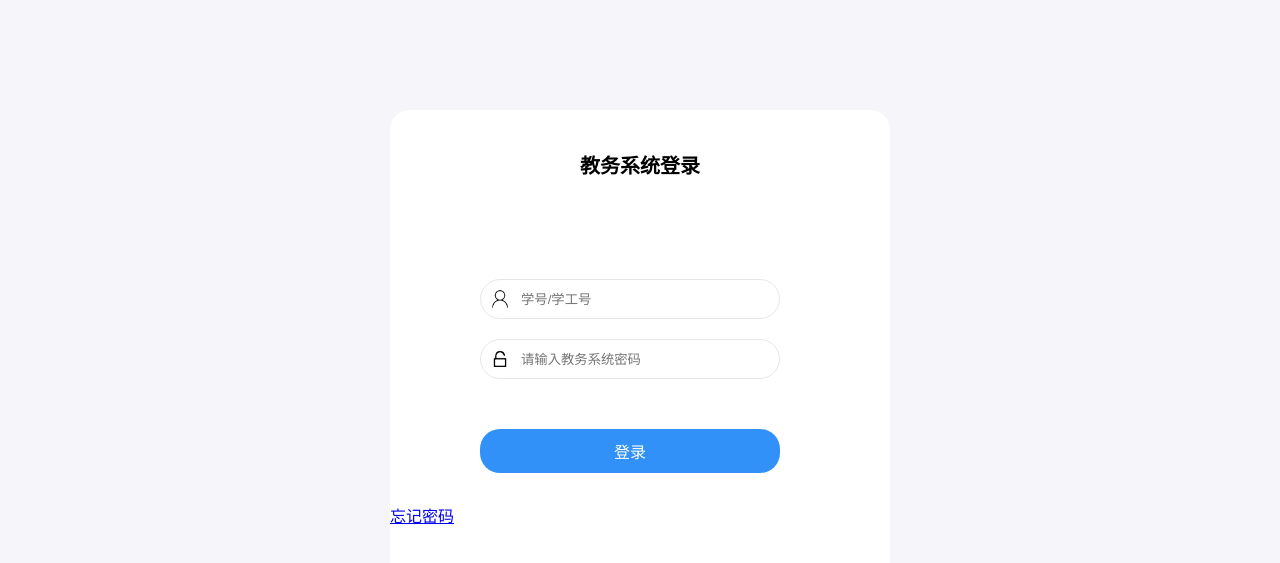
Repository: yangziteng/System
Page: / (app in myreact/)
These files come from the project's save history. The page is drawn as it stood at one moment and after the next save; the edit follows.
The browser window is 1280 px wide. The pictures show the whole page.
The project was rebuilt for these pictures with package versions that can differ from the ones it lists, and the page was loaded fresh each time. Also part of the build but not shown: myreact/vite.config.js, myreact/src/App.css, myreact/src/App.jsx, myreact/src/log.jsx.

Above is the page before, as saved 2022-07-08 15:01:13.

### myreact/src/main.jsx
import React from 'react'
import ReactDOM from 'react-dom/client'
import App from './App'
import LOG from './log'
import './index.css'
import Login from "./pages/Login/Login"
const p = {name:"杨",age:12}
ReactDOM.createRoot(document.getElementById('root')).render(
  <React.StrictMode>
    {/* //解构赋值 语法 */}

    <Login/>


  </React.StrictMode>
)

### myreact/src/pages/Login/Login.jsx
import { useState } from 'react'
import { Component } from 'react'
import "./Login.css"
import img2 from "./images/p.png"
import img from "./images/a.png" //引入图片
class Login extends Component {
    constructor() {
        super()
    }
    render() {
        return (
            <div className='bgc'>
                <div className='model'>
                    <div className='model-head'>教务系统登录</div>
                    <div className='model-body'>
                        <div className='username'>
                            <input type="text" placeholder='学号/学工号' className='model-body-input' >
                            </input>
                            <img className='img' src={img} alt="" />
                        </div>
                        <div className='pwd'>
                            <input type="password" placeholder='请输入教务系统密码' className='model-body-input' >
                            </input>
                            <img className='img' src={img2} alt="" />
                        </div>
                        <div className='model-end'>
                            登录
                        </div>
                    </div>
                    <div className='end'>
                        <a href="https://jwxt.gdupt.edu.cn/index.jsp">忘记密码</a>
                    </div>
                </div>
            </div>
        )
    }
}
export default Login

### myreact/src/pages/Login/Login.css

.bgc{
    background-color: rgba(245,245,250);
    width: 100vw;
    height: 100vh;
    display:flex;
    align-items: center;
}
.model{
    width: 500px;
    height: 500px;
    background-color: white;
    border-radius: 20px;
    margin:0 auto;
    position: relative;
}
.model-head{
    text-align: center;
    margin-top:40px;
    font-size: 20px;
    font-weight: 800;
}
.model-body{

    margin-top:100px;

}
.username{
    display: flex;
    justify-content: center;
    align-items: center;
    position: relative;

}
.pwd{
    display: flex;
    justify-content: center;
    align-items: center;
    position: relative;
    margin-top:20px
}
.model-body-input{
    width: 300px;
    height: 40px;
    outline: none;
    border-radius: 20px;
    padding-left:40px ;
    box-sizing: border-box;
    border:1px solid #e7e7e7
}

.img{
    width: 20px;
    height: 20px;
    position: relative;
    right: 290px;
    /* right:290px */
}
.model-end{
    width: 300px;
    background-color: rgba(50,145,248);
    /* letter-spacing: 40px; */
    border-radius: 20px;
    padding: 10px 0px;
    text-align: center;
    color:white;
    margin:0 auto;
    position: relative;
    right:10px;
    margin-top:50px;
}
.end{
    margin-top:30px
}

Loaded but not shown: myreact/index.html (common file); myreact/src/index.css (common file)

After the next save:
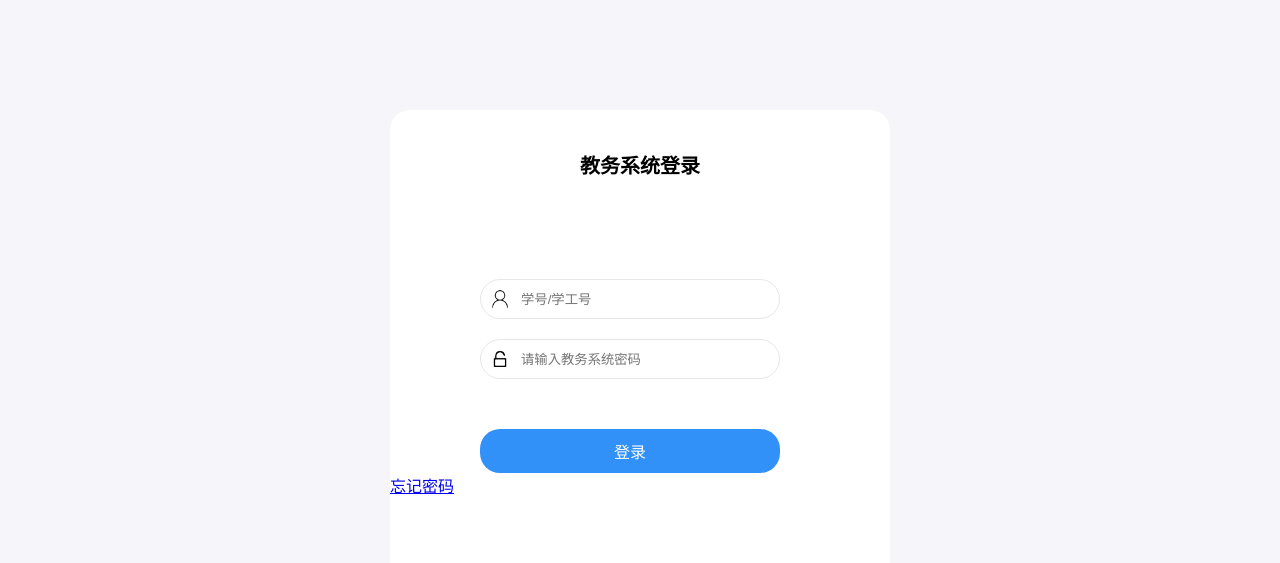
Saved 14 s later.
--- a/myreact/src/pages/Login/Login.css
+++ b/myreact/src/pages/Login/Login.css
@@ -70,5 +70,5 @@
     margin-top:50px;
 }
 .end{
-    margin-top:30px
+    position: relative;
 }
